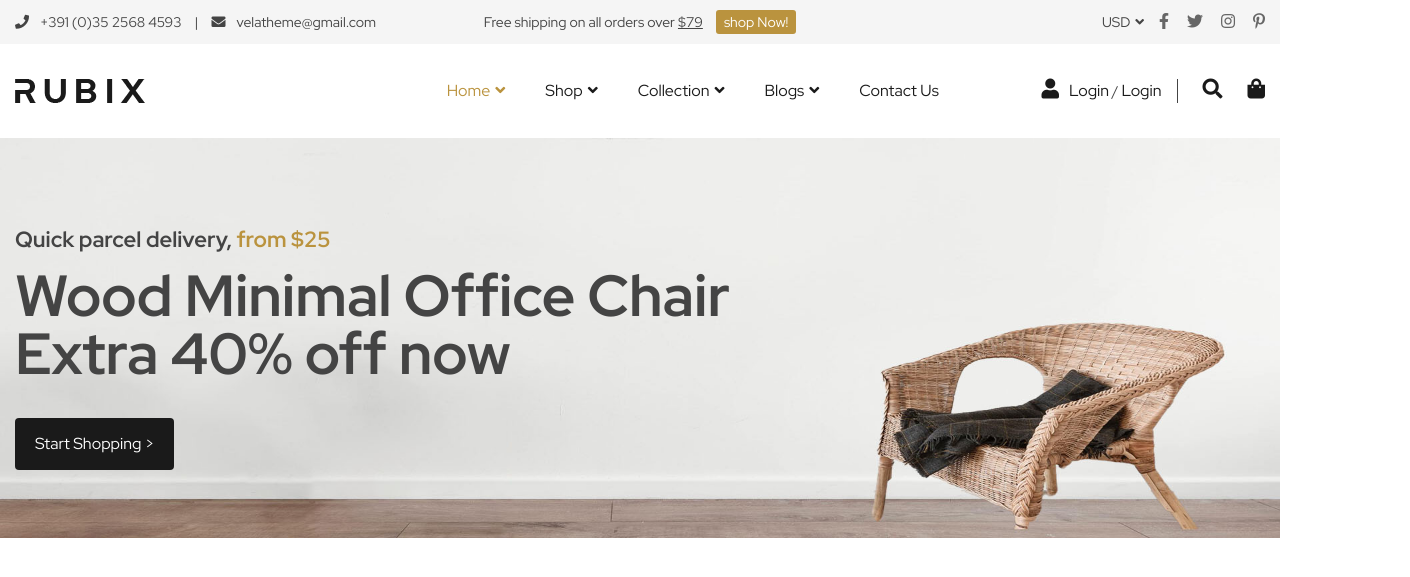
Repository: ldminh95/Gin-velademo
Page: index.html
These files come from the project's save history. The page is drawn as it stood at one moment and after the next save; the edit follows.
The browser window is 1280 px wide. The page is 1410 px wide, so the pictures cover 1410 px, including what lies to the right of the window. The pictures show the whole page.
The style sheet was rebuilt from its Sass, Less or Tailwind sources for each picture, by a compiler version that may differ from the author's.

Above is the page before, as saved 2023-05-28 11:21:11.

After the next save:
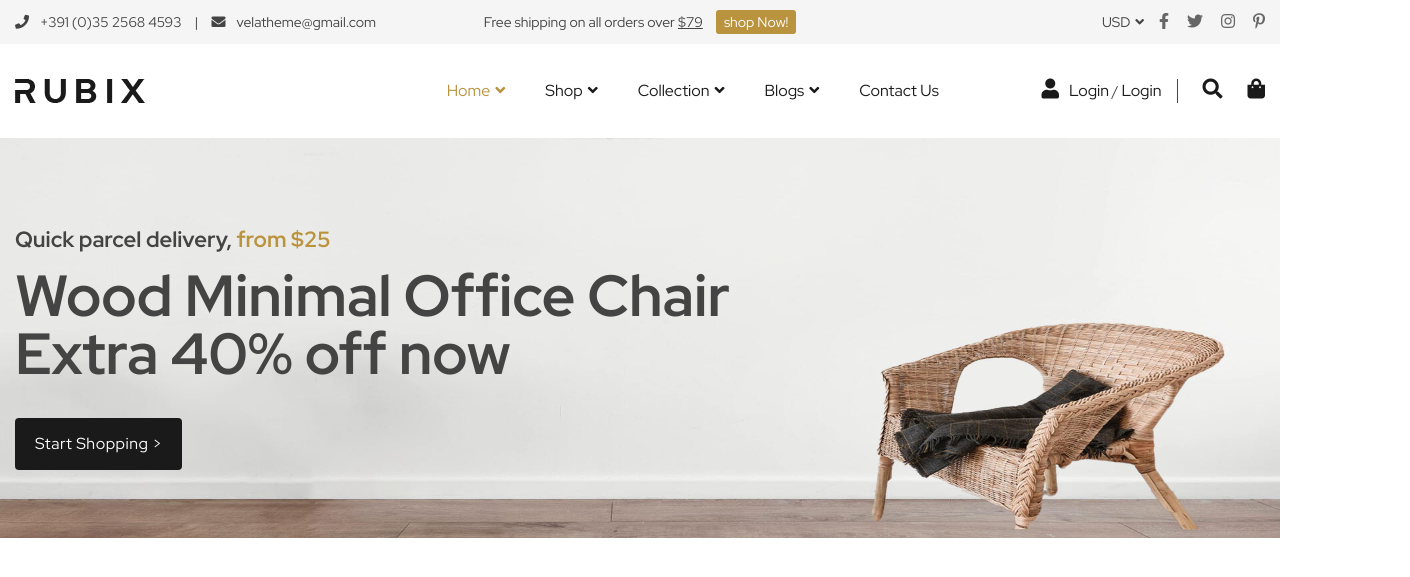
Saved 28 s later.
--- a/scss/style.scss
+++ b/scss/style.scss
@@ -202,6 +202,7 @@
                         margin-top: 30px;
                         border-radius: 4px;
                         display: inline-block;
+                        letter-spacing: .5px;
                     }
                }
             }
